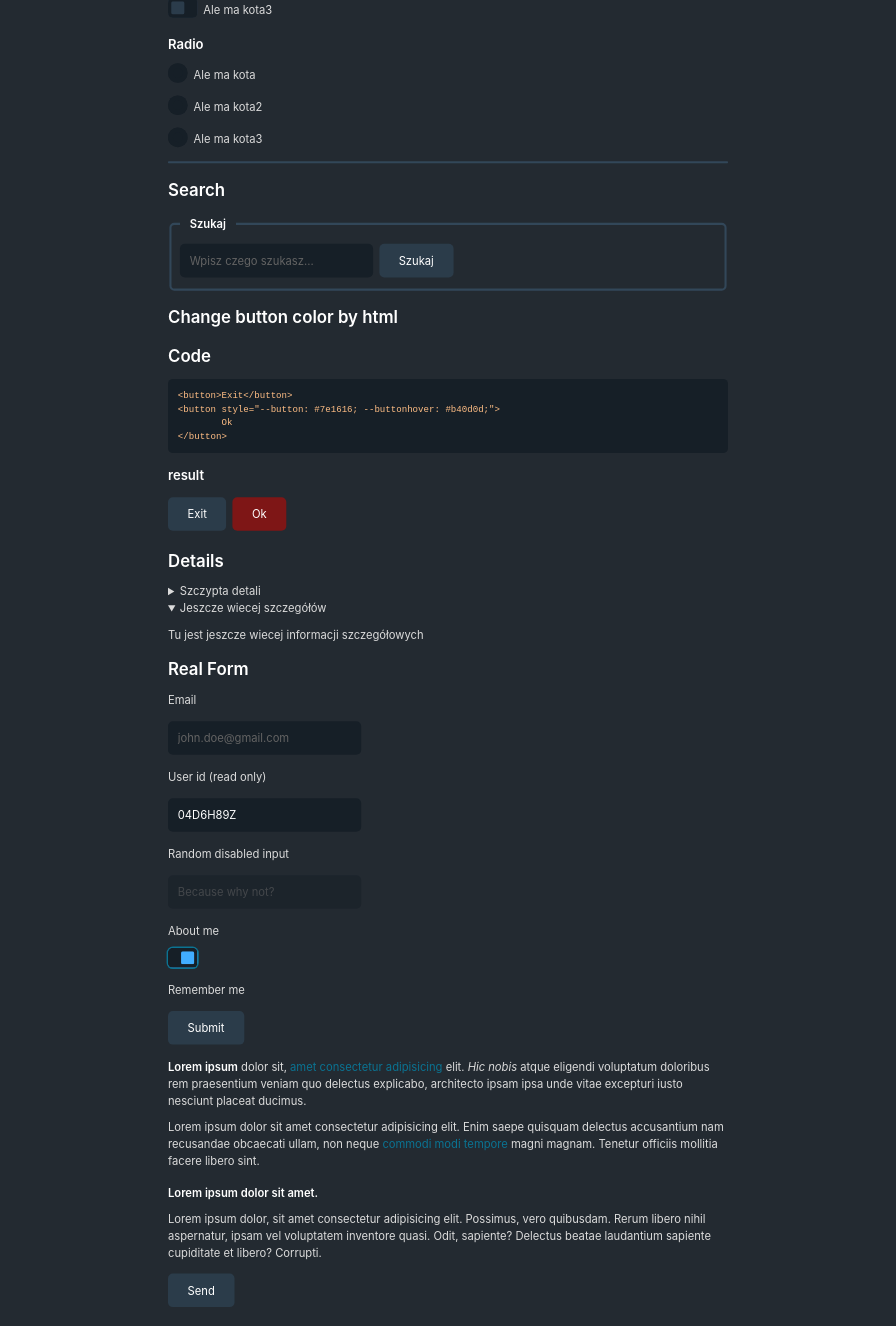
Repository: KozakBartosz/Draft
Page: index.html
The author's editor kept a copy of each file at every save. The page is drawn from the files as they stood at one save, then again after the next save.
The browser window is 1280 px wide. The pictures show the part of the page from y = 1615 to 3535 px (the page is 3509 px tall before and 3535 px after), at 70% of full size.

Above is the page before, as saved 2019-04-12 08:07:45.

After the next save:
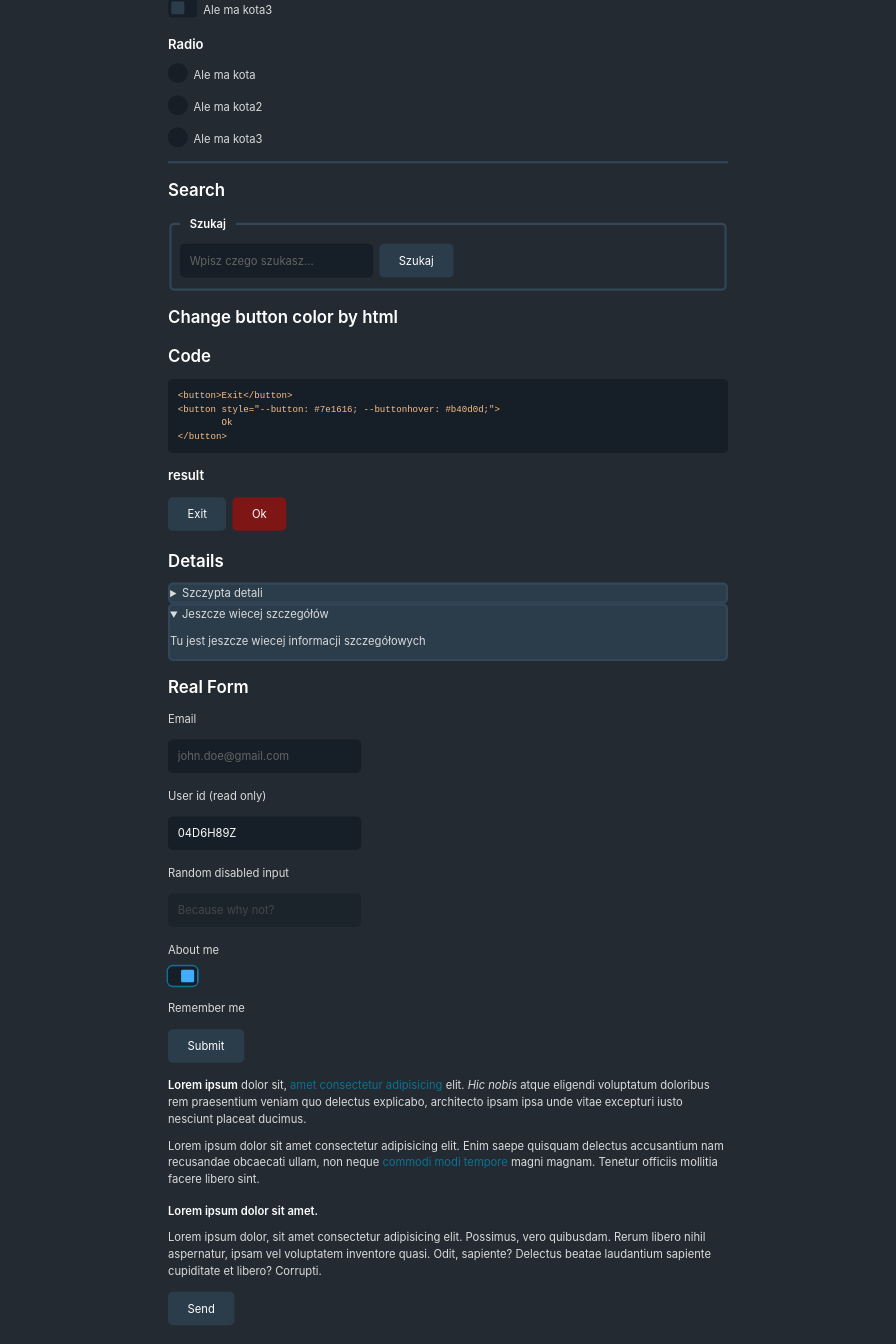
Saved 80 s later.
--- a/draft.css
+++ b/draft.css
@@ -326,6 +326,12 @@ fieldset > legend {
 	padding: calc(var(--mainpaddng) / 2) calc(var(--mainpaddng));
 }
 
+details {
+	border: 3px solid var(--midi);
+	border-radius: var(--radius);
+	background: var(--like);
+}
+
 table {
 	/* border-collapse: collapse; */
 	margin: var(--mainpaddng) -2px;
